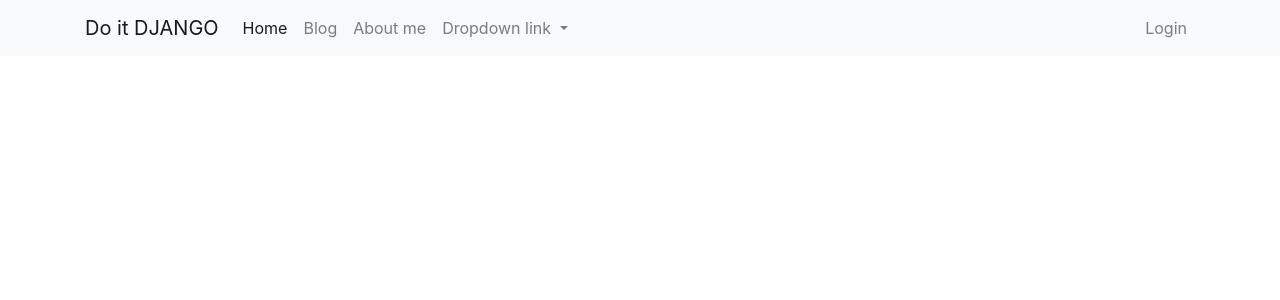
Repository: lwygold/do_it_ft
Page: blog_list.html
The author's editor kept a copy of each file at every save. The page is drawn from the files as they stood at one save, then again after a run of saves.
The browser window is 1280 px wide. The pictures show the whole page.

Above is the page before, as saved 2021-08-11 21:11:14.

After the next 2 saves:
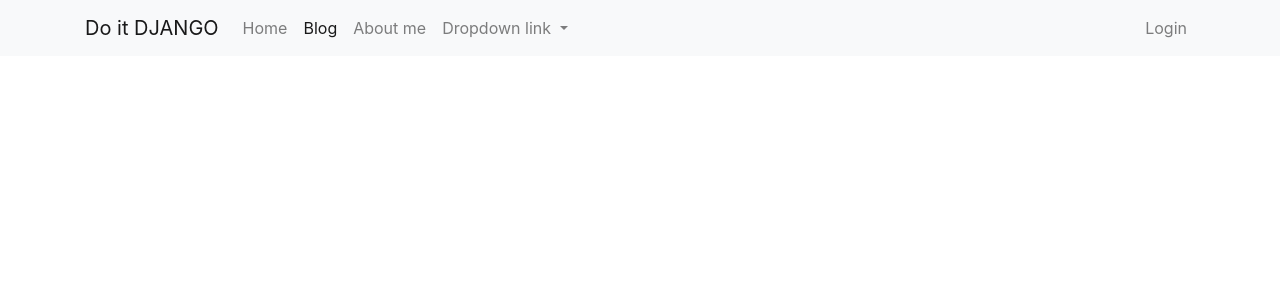
The 2 saves are shown as one change because they came seconds apart.
The last was saved 30 s later.
--- a/blog_list.html
+++ b/blog_list.html
@@ -21,10 +21,10 @@
             </button>
             <div class="collapse navbar-collapse" id="navbarNavDropdown">
                 <ul class="navbar-nav">
-                    <li class="nav-item active">
+                    <li class="nav-item">
                         <a class="nav-link" href="./index.html">Home <span class="sr-only">(current)</span></a>
                     </li>
-                    <li class="nav-item">
+                    <li class="nav-item active">
                         <a class="nav-link" href="./blog_list.html">Blog</a>
                     </li>
                     <li class="nav-item">
